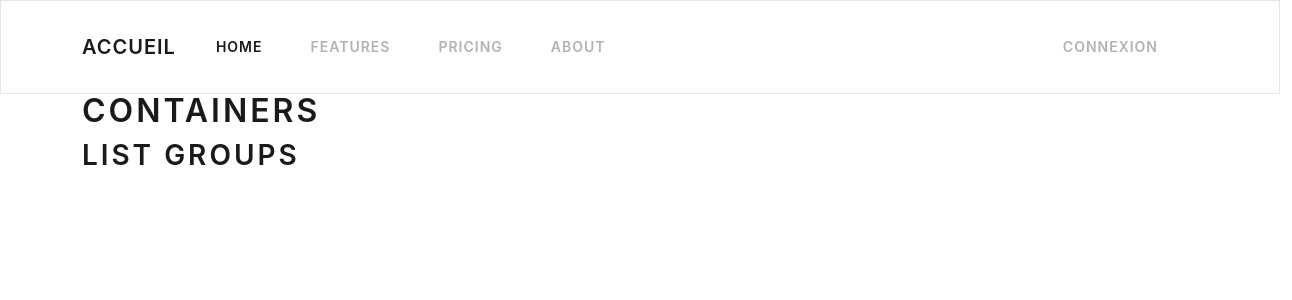
Repository: cahitYes/PDO
Page: http://localhost/?connect
The author's editor kept a copy of each file at every save. The page is drawn from the files as they stood at one save, then again after the next save.
The browser window is 1280 px wide. The page is 1280 px wide, then 1292 px, then 1280 px, so the pictures cover 1292 px, including what lies to the right of the window. The pictures show the whole page.
Some web fonts or font styles are not loaded; a fallback is used. The page is run by PHP 8.4 with error messages shown; the project is at /var/www/html/.

Above is the page before, as saved 2022-02-15 14:16:12.

### pdo_1/exemple2/public/index.php
<?php

/**
 * Chargement des dépendances
 */
require_once "../config.php";

/**
 * Connexion PDO
 */
try {
    $db = new PDO(DB_TYPE . ':host=' . DB_HOST . ';dbname=' . DB_NAME . ';port=' . DB_PORT . ';charset=' . DB_CHARSET, DB_LOGIN, DB_PWD);

    $db->setAttribute(PDO::ATTR_ERRMODE, PDO::ERRMODE_EXCEPTION);
} catch (Exception $e) {
    echo "Code erreur : " . $e->getCode();
    echo "<br>Message d'erreur : " . $e->getMessage();
}

// var_dump($db);

/**
 * Routeur
 */

/**
 * Nous ne sommes pas connectés
 */

 require_once "../controller/publicThearticleController.php";

### pdo_1/exemple2/config.php
<?php
// Constantes contenant nos paramètres de connexion pour PDO
define('DB_TYPE', 'mysql');
define('DB_HOST', 'localhost');
define('DB_NAME', 'pdo_1');
define('DB_PORT', 3307);
define('DB_CHARSET', 'UTF8');
define('DB_LOGIN', 'root');
define('DB_PWD', '');

define("LOGIN", "admin");
define("PWD", "1234");

### pdo_1/exemple2/controller/publicThearticleController.php
<?php


/**
 * Public Homepage
 */

require_once "../view/publicView/publicHomepageView.php";

### pdo_1/exemple2/view/publicView/publicHomepageView.php
<!DOCTYPE html>
<html lang="en">

<head>
  <meta charset="utf-8">
  <title>Bootswatch: Lux</title>
  <meta name="viewport" content="width=device-width, initial-scale=1">
  <link rel="stylesheet" href="css/bootstrap.min.css">

</head>

<body>
  <div class="navbar navbar-expand-lg fixed-top navbar-light bg-light">
    <div class="container">
      <a href="./" class="navbar-brand">Accueil</a>
      <ul class="navbar-nav me-auto">
        <li class="nav-item">
          <a class="nav-link active" href="#">Home
            <span class="visually-hidden">(current)</span>
          </a>
        </li>
        <li class="nav-item">
          <a class="nav-link" href="#">Features</a>
        </li>
        <li class="nav-item">
          <a class="nav-link" href="#">Pricing</a>
        </li>
        <li class="nav-item">
          <a class="nav-link" href="#">About</a>
        </li>
      </ul>
      <ul class="navbar-nav ms-md-auto">

        <li class="nav-item">
          <a target="_blank" rel="noopener" class="nav-link" href="?connect"> Connexion</a>
        </li>
      </ul>
    </div>
  </div>

  <div class="container">
    <div class="page-header" id="banner">
      <div class="row">
        <div class="col-lg-8 col-md-7 col-sm-6">
          <h1>Articles de notre site</h1>
          <p class="lead">A touch of class</p>
        </div>
        <div class="col-lg-4 col-md-5 col-sm-6">
          <div class="sponsor">
            test
          </div>
        </div>
      </div>
    </div>
  </div>

  <div class="container">

    <div class="bs-docs-section">
      <div class="row">
        <div class="col-lg-12">
          <div class="page-header">
            <h1 id="containers">Containers</h1>
          </div>
        </div>
      </div>
    </div>
    <div class="row">
      <div class="col-lg-12">
        <h2>List groups</h2>
      </div>

    </div>

    <footer id="footer">

    </footer>


    <script src="js/jquery.min.js"></script>
    <script src="js/bootstrap.bundle.min.js"></script>

</body>

</html>

Loaded but not shown: pdo_1/exemple2/public/css/bootstrap.min.css (library); pdo_1/exemple2/public/js/jquery.min.js (library); pdo_1/exemple2/public/js/bootstrap.bundle.min.js (library)

After the next save:
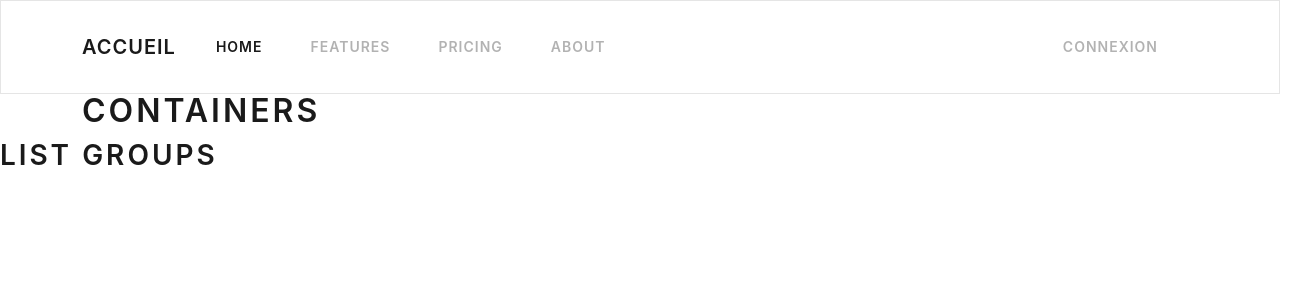
Saved 13 s later.
--- a/pdo_1/exemple2/view/publicView/publicHomepageView.php
+++ b/pdo_1/exemple2/view/publicView/publicHomepageView.php
@@ -65,20 +65,21 @@
         </div>
       </div>
     </div>
-    <div class="row">
-      <div class="col-lg-12">
-        <h2>List groups</h2>
-      </div>
-
+  </div>
+  <div class="row">
+    <div class="col-lg-12">
+      <h2>List groups</h2>
     </div>
 
-    <footer id="footer">
+  </div>
 
-    </footer>
+  <footer id="footer">
+
+  </footer>
 
 
-    <script src="js/jquery.min.js"></script>
-    <script src="js/bootstrap.bundle.min.js"></script>
+  <script src="js/jquery.min.js"></script>
+  <script src="js/bootstrap.bundle.min.js"></script>
 
 </body>
 

After the save that followed:
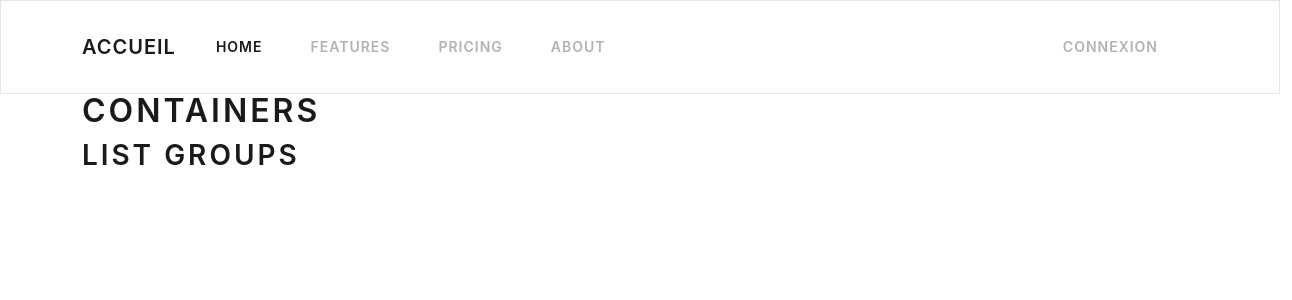
Saved 15 s later.
--- a/pdo_1/exemple2/view/publicView/publicHomepageView.php
+++ b/pdo_1/exemple2/view/publicView/publicHomepageView.php
@@ -65,21 +65,20 @@
         </div>
       </div>
     </div>
-  </div>
-  <div class="row">
-    <div class="col-lg-12">
-      <h2>List groups</h2>
+    <div class="row">
+      <div class="col-lg-12">
+        <h2>List groups</h2>
+      </div>
+
     </div>
 
-  </div>
+    <footer id="footer">
 
-  <footer id="footer">
-
-  </footer>
+    </footer>
 
 
-  <script src="js/jquery.min.js"></script>
-  <script src="js/bootstrap.bundle.min.js"></script>
+    <script src="js/jquery.min.js"></script>
+    <script src="js/bootstrap.bundle.min.js"></script>
 
 </body>
 
